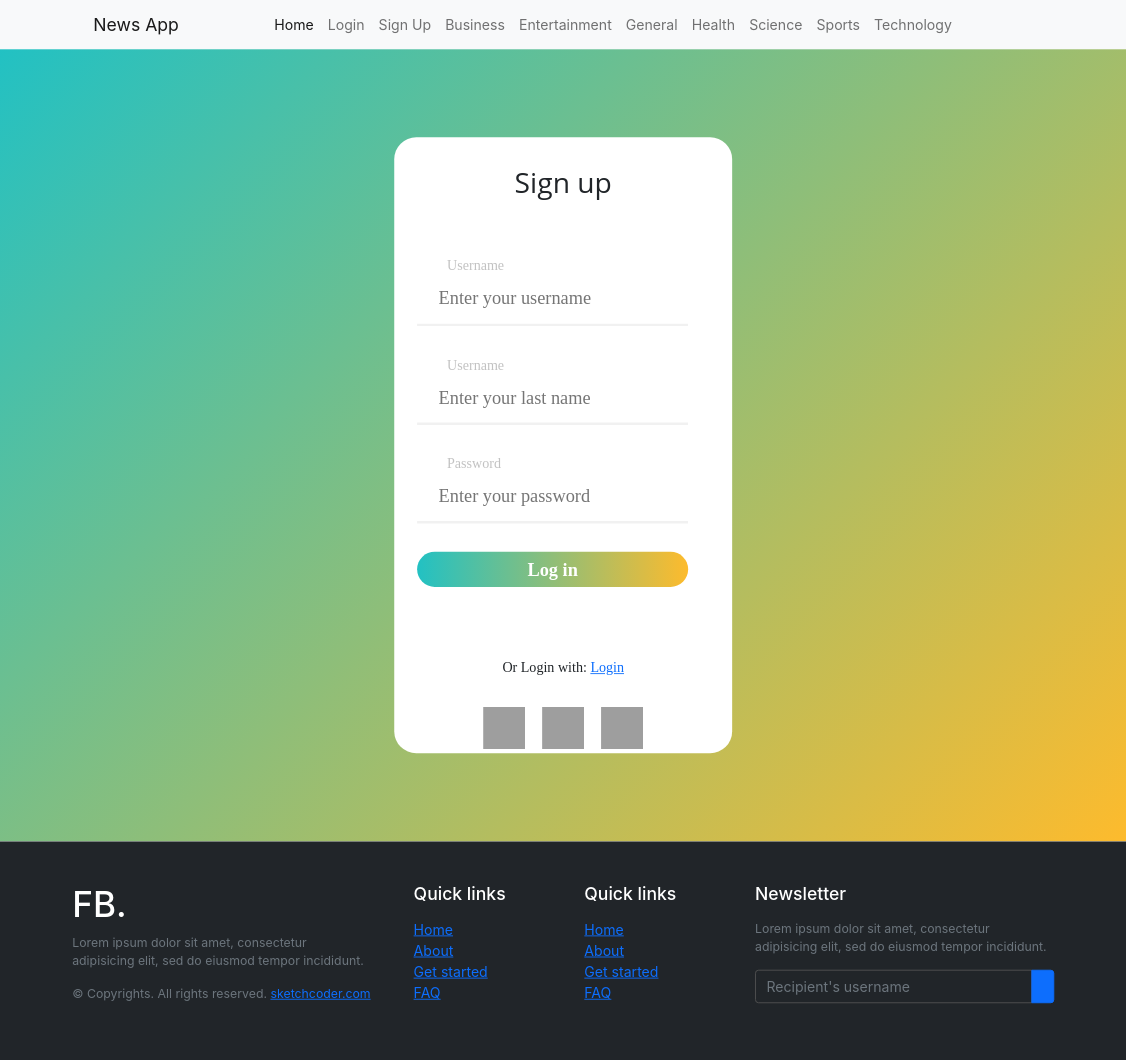
Repository: ZainAkbar51214/News-Site
Page: /sign-up
These files come from the project's save history. The page is drawn as it stood at one moment and after the next save; the edit follows.
The browser window is 1280 px wide. The pictures show the whole page, at 88% of full size.
Pictures or frames that could not be fetched are drawn as grey boxes. The project was rebuilt for these pictures with package versions that can differ from the ones it lists, and the page was loaded fresh each time. Also part of the build but not shown: src/Components/pages/Login.jsx, src/Components/Layouts/NewsItem.js, src/Components/Spinner.jsx, src/Components/Layouts/News.js.

Above is the page before, as saved 2023-12-18 03:58:50.

### public/index.html
<!DOCTYPE html>
<html lang="en">
  <head>
    <meta charset="utf-8" />
    <link rel="icon" href="%PUBLIC_URL%/favicon.ico" />
    <meta name="viewport" content="width=device-width, initial-scale=1" />
    <meta name="theme-color" content="#000000" />
    <meta
      name="description"
      content="Web site created using create-react-app"
    />
    <link rel="apple-touch-icon" href="%PUBLIC_URL%/logo192.png" />

    <link rel="manifest" href="%PUBLIC_URL%/manifest.json" />

    <title>News App</title>
    <!-- Bootstrap cdn -->
    <link href="https://cdn.jsdelivr.net/npm/bootstrap@5.0.2/dist/css/bootstrap.min.css" rel="stylesheet" integrity="sha384-EVSTQN3/azprG1Anm3QDgpJLIm9Nao0Yz1ztcQTwFspd3yD65VohhpuuCOmLASjC" crossorigin="anonymous">
  </head>
  <body>
    <noscript>You need to enable JavaScript to run this app.</noscript>
    <div id="root"></div>


    <!-- Bootstrap Script -->
    <script src="https://cdn.jsdelivr.net/npm/@popperjs/core@2.9.2/dist/umd/popper.min.js" integrity="sha384-IQsoLXl5PILFhosVNubq5LC7Qb9DXgDA9i+tQ8Zj3iwWAwPtgFTxbJ8NT4GN1R8p" crossorigin="anonymous"></script>
<script src="https://cdn.jsdelivr.net/npm/bootstrap@5.0.2/dist/js/bootstrap.min.js" integrity="sha384-cVKIPhGWiC2Al4u+LWgxfKTRIcfu0JTxR+EQDz/bgldoEyl4H0zUF0QKbrJ0EcQF" crossorigin="anonymous"></script>
  </body>
</html>

### src/App.js
import React from "react";
import {
  BrowserRouter as Router,
  Switch,
  Route
} from "react-router-dom";
import Navbar from './Components/Header/Navbar';
import Footer from './Components/Footer/Footer';
import Login from "./Components/pages/Login";
import SignUp from "./Components/pages/SignUp";
import News from "./Components/Layouts/News";

function App() {
  return (
    <Router>
      <Navbar />
        <Switch>
          <Route path="/" exact><News key="general" pageSize={5} country="in" category="general" /></Route>
          <Route path="/business" exact><News key="business" pageSize={5} country="in" category="business" /></Route>
          <Route path="/entertainment" exact><News key="entertainment" pageSize={5} country="in" category="entertainment" /></Route>
          <Route path="/health" exact><News key="health" pageSize={5} country="in" category="health" /></Route>
          <Route path="/science" exact><News key="science" pageSize={5} country="in" category="science" /></Route>
          <Route path="/sports" exact><News key="sports" pageSize={5} country="in" category="sports" /></Route>
          <Route path="/technology" exact><News key="technology" pageSize={5} country="in" category="technology" /></Route>
          <Route path="/login">
            <Login />
          </Route>
          <Route path="/sign-up">
            <SignUp />
          </Route>
        </Switch>
      <Footer />
  </Router>
  );
}

export default App;

### src/Components/Header/Navbar.jsx
import React, { Component } from 'react';
import { Link } from 'react-router-dom';

class Navbar extends Component {
    render() {
        return (
            <div>
                <div className="container-fluid bg-light">
                <div className="container">
                    <div className="row">
                        <div className="col-md-12">
                            <nav className="navbar navbar-expand-lg navbar-light">
                                <div className="container-fluid">
                                    <Link className="navbar-brand" to="/">News App</Link>
                                    <button className="navbar-toggler" type="button" data-bs-toggle="collapse" data-bs-target="#navbarSupportedContent" aria-controls="navbarSupportedContent" aria-expanded="false" aria-label="Toggle navigation">
                                        <span className="navbar-toggler-icon"></span>
                                    </button>
                                    <div className="collapse navbar-collapse" id="navbarSupportedContent">
                                        <ul className="navbar-nav mx-auto mb-2 mb-lg-0">
                                            <li className="nav-item">
                                                <Link className="nav-link active" aria-current="page" to="/">Home</Link>
                                            </li>
                                            <li className="nav-item">
                                                <Link className="nav-link" to="/login">Login</Link>
                                            </li>
                                            <li className="nav-item">
                                                <Link className="nav-link" to="/sign-up">Sign Up</Link>
                                            </li>
                                            <li className="nav-item">
                                                <Link className="nav-link" to="/business">Business</Link>
                                            </li>
                                            <li className="nav-item">
                                                <Link className="nav-link" to="/entertainment">Entertainment</Link>
                                            </li>
                                            <li className="nav-item">
                                                <Link className="nav-link" to="/">General</Link>
                                            </li>
                                            <li className="nav-item">
                                                <Link className="nav-link" to="/health">Health</Link>
                                            </li>
                                            <li className="nav-item">
                                                <Link className="nav-link" to="/science">Science</Link>
                                            </li>
                                            <li className="nav-item">
                                                <Link className="nav-link" to="/sports">Sports</Link>
                                            </li>
                                            <li className="nav-item">
                                                <Link className="nav-link" to="/technology">Technology</Link>
                                            </li>
                                        </ul>
                                    </div>
                                </div>
                            </nav>
                        </div>
                    </div>
                </div>
            </div>
            </div>
        );
    }
}

export default Navbar;

### src/Components/Footer/Footer.jsx
import React from "react";
import { Link } from "react-router-dom";
import '../Footer/Footer.css';

const Navbar = () => {
    return (
        <>
            <div className="d-flex flex-column h-100" style={{overflow: 'hidden'}}>
                {/* <!-- FOOTER --> */}
                <footer className="w-100 py-4 flex-shrink-0">
                    <div className="container py-4">
                        <div className="row gy-4 gx-5">
                            <div className="col-lg-4 col-md-6">
                                <h5 className="h1 text-white">FB.</h5>
                                <p className="small text-muted">Lorem ipsum dolor sit amet, consectetur adipisicing elit, sed do eiusmod tempor incididunt.</p>
                                <p className="small text-muted mb-0">&copy; Copyrights. All rights reserved. <Link className="text-primary" to="https://sketchcoder.com" target="_blank">sketchcoder.com</Link></p>
                            </div>
                            <div className="col-lg-2 col-md-6">
                                <h5 className="text-white mb-3">Quick links</h5>
                                <ul className="list-unstyled text-muted">
                                    <li><Link to="#">Home</Link></li>
                                    <li><Link to="#">About</Link></li>
                                    <li><Link to="#">Get started</Link></li>
                                    <li><Link to="#">FAQ</Link></li>
                                </ul>
                            </div>
                            <div className="col-lg-2 col-md-6">
                                <h5 className="text-white mb-3">Quick links</h5>
                                <ul className="list-unstyled text-muted">
                                    <li><Link to="#">Home</Link></li>
                                    <li><Link to="#">About</Link></li>
                                    <li><Link to="#">Get started</Link></li>
                                    <li><Link to="#">FAQ</Link></li>
                                </ul>
                            </div>
                            <div className="col-lg-4 col-md-6">
                                <h5 className="text-white mb-3">Newsletter</h5>
                                <p className="small text-muted">Lorem ipsum dolor sit amet, consectetur adipisicing elit, sed do eiusmod tempor incididunt.</p>
                                <form action="#">
                                    <div className="input-group mb-3">
                                        <input className="form-control" type="text" placeholder="Recipient's username" aria-label="Recipient's username" aria-describedby="button-addon2" />
                                        <button className="btn btn-primary" id="button-addon2" type="button"><i className="fas fa-paper-plane"></i></button>
                                    </div>
                                </form>
                            </div>
                        </div>
                    </div>
                </footer>
            </div>
        </>
    )
}

export default Navbar;

### src/Components/pages/SignUp.jsx
import React, { Component } from 'react';
import { Link } from 'react-router-dom';


class SignUp extends Component{
  render(){
    return(
      <div className='container-fluid bg-login'>
        <div id="loginform">
        <FormHeader title="Sign up" />
        <Form />
        <OtherMethods />
      </div>
      </div>
    )
  }
}

const FormHeader = props => (
    <h2 id="headerTitle">{props.title}</h2>
);


const Form = props => (
   <div>
     <FormInput description="Username" placeholder="Enter your username" type="text" />
     <FormInput description="Username" placeholder="Enter your last name" type="text" />
     <FormInput description="Password" placeholder="Enter your password" type="password"/>
     <FormButton title="Log in"/>
   </div>
);

const FormButton = props => (
  <div id="button" className="row row-lab">
    <button>{props.title}</button>
  </div>
);

const FormInput = props => (
  <div className="row row-lab">
    <label>{props.description}</label>
    <input type={props.type} placeholder={props.placeholder}/>
  </div>
);

const OtherMethods = props => (
  <div id="alternativeLogin">
     <label>Or Login with: <Link to="/login">Login</Link></label>
    <div id="iconGroup">
      <Facebook />
      <Twitter />
      <Google />
    </div>
  </div>
);

const Facebook = props => (
  <a href="#" id="facebookIcon"></a>
);

const Twitter = props => (
  <a href="#" id="twitterIcon"></a>
);

const Google = props => (
  <a href="#" id="googleIcon"></a>
);



export default SignUp;

### src/Components/Footer/Footer.css
/* ==========================================
    FOR DEMO PURPOSE
  ========================================== */

  .text-small {
    font-size: 0.9rem;
  }

  .form-control {
    background: #212529;
    border-color: #545454;
  }

  .form-control:focus {
    background: #212529;
  }

  footer {
    background: #212529;
  }

### src/App.css
.App {
  text-align: center;
}

.App-logo {
  height: 40vmin;
  pointer-events: none;
}

@media (prefers-reduced-motion: no-preference) {
  .App-logo {
    animation: App-logo-spin infinite 20s linear;
  }
}

.App-header {
  background-color: #282c34;
  min-height: 100vh;
  display: flex;
  flex-direction: column;
  align-items: center;
  justify-content: center;
  font-size: calc(10px + 2vmin);
  color: white;
}

.App-link {
  color: #61dafb;
}

@keyframes App-logo-spin {
  from {
    transform: rotate(0deg);
  }
  to {
    transform: rotate(360deg);
  }
}

/* Login Css */
.bg-login{
  background: rgb(34,193,195);
  background: linear-gradient(135deg, rgba(34,193,195,1) 0%,     rgba(253,187,45,1) 100%);
  font-family: "work sans";
  padding: 100px 0;
  display: flex;
  justify-content: center;
}
#loginform{
  max-width: 500px;
  min-width: 300px;
  max-height: 700px;
  width: 30%;
  height: 60%;
  background-color: #FFFFFF;
  border-radius: 25px;
}

#headerTitle{
  text-align: center;
  font-family: 'open sans', sans-serif;
  padding: 2rem 0;
  margin: 0;
  font-size: 2rem;
}

.row-lab{
  display: flex;
  flex-direction: column;
  align-items: center;
  padding-top: 2rem;
  max-width: 100%;

}

.row-lab input{
  width: 80%;
  box-sizing: border-box;
	border: none;
  font-size: 1.3rem;
  padding-left: 1.5rem;
  padding-bottom: 1rem;
  box-shadow: inset 0px -3px 0px 0px rgba(187,187,187,0.2);
  transition: box-shadow 0.2s ease-in;
}

.row-lab input:focus{
   box-shadow: inset 0px -3px 0px 0px rgba(34,193,195,0.7);
   outline: none;
}

.row-lab input::-webkit-input-placeholder{
  opacity: 1;
  transition: opacity 0.25s ease-out;
}

.row-lab input:hover::-webkit-input-placeholder,
.row-lab input:focus::-webkit-input-placeholder{
  opacity: 0;
}

.row-lab label{
  align-self: start;
  padding-left: 4.5rem;
  padding-bottom: 0.5rem;
  color: rgba(187,187,187,0.9);
}

.row-lab button{
  border-radius: 25px;
  width: 80%;
  height: 40px;
  font-size: 1.3rem;
  color: white;
  font-weight: 700;
  background: rgb(34,193,195);
  background: linear-gradient(90deg, rgba(34,193,195,1) 0%,     rgba(253,187,45,1) 100%);
  border: 0px;
  cursor: pointer;
  transition: opacity 0.25s ease-out;
}

.row-lab button:hover{
  opacity: 0.8;
}

#button{
  padding-bottom: 1.5rem;
}

#facebookIcon{
  background-image:      url("https://image.flaticon.com/icons/svg/145/145802.svg");
  background-repeat: no-repeat;
  width: 3rem;
  height: 3rem;
}

#twitterIcon{
  background-image: url("https://image.flaticon.com/icons/svg/145/145812.svg");
  background-repeat: no-repeat;
  width: 3rem;
  height: 3rem;
}

#googleIcon{
  background-image: url("https://image.flaticon.com/icons/svg/145/145804.svg");
  background-repeat: no-repeat;
  width: 3rem;
  height: 3rem;
}

#iconGroup{
  display: flex;
  justify-content: center;
  padding: 2rem 0;
}

#iconGroup a{
  margin: 0 0.6rem;
}

#alternativeLogin {
   text-align: center;
   padding-top: 2rem;
   margin-top: 1.5rem;
}

Loaded but not shown: src/index.js (common file); src/index.css (common file); src/reportWebVitals.js (common file)

After the next save:
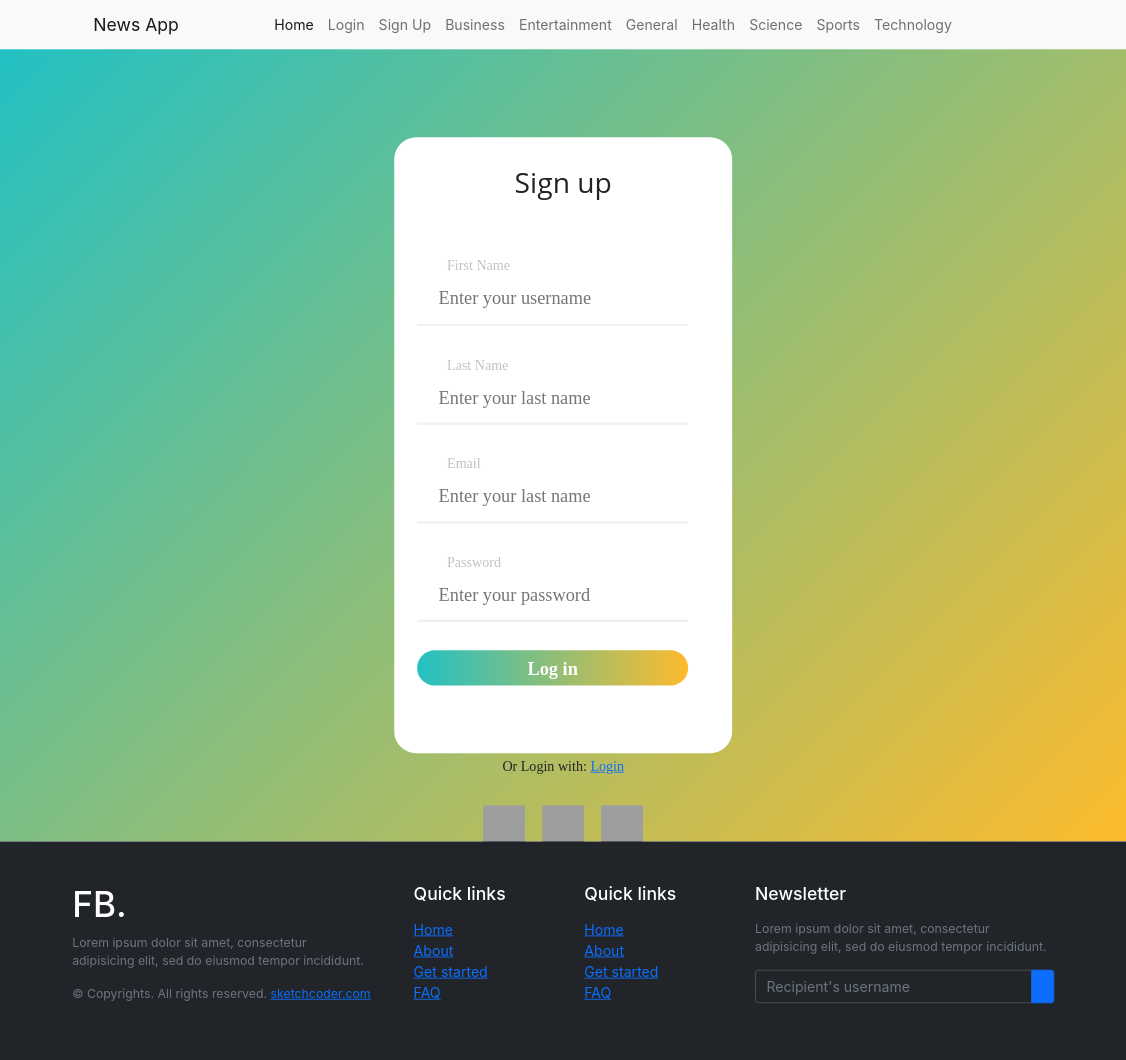
Saved 66 s later.
--- a/src/Components/pages/SignUp.jsx
+++ b/src/Components/pages/SignUp.jsx
@@ -23,8 +23,9 @@ const FormHeader = props => (
 
 const Form = props => (
    <div>
-     <FormInput description="Username" placeholder="Enter your username" type="text" />
-     <FormInput description="Username" placeholder="Enter your last name" type="text" />
+     <FormInput description="First Name" placeholder="Enter your username" type="text" />
+     <FormInput description="Last Name" placeholder="Enter your last name" type="text" />
+     <FormInput description="Email" placeholder="Enter your last name" type="email" />
      <FormInput description="Password" placeholder="Enter your password" type="password"/>
      <FormButton title="Log in"/>
    </div>
